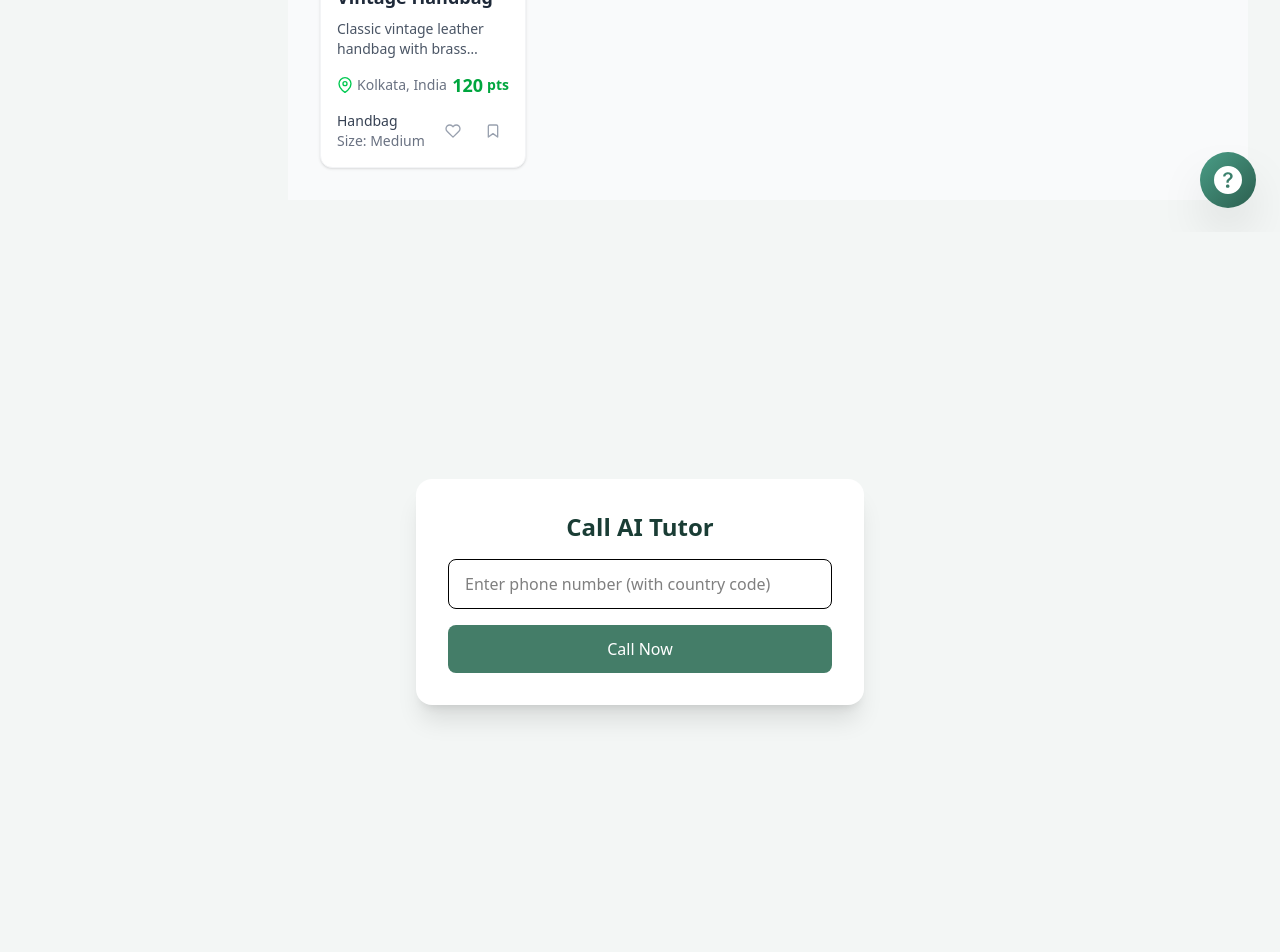
Repository: Swastikkkkk/vv
Page: /user (app in OneDrive/Desktop/Yuzichahal/frontend/)
These files come from the project's save history. The page is drawn as it stood at one moment and after the next save; the edit follows.
The browser window is 1280 px wide. The pictures show the part of the page from y = 1182 to 2134 px (the page is 2134 px tall).
The page's requests for data from a server got no answer. The project was rebuilt for these pictures with package versions that can differ from the ones it lists, and the page was loaded fresh each time. No one was signed in, and anything a server would have sent is missing. Also part of the build but not shown: OneDrive/Desktop/Yuzichahal/frontend/vite.config.js, OneDrive/Desktop/Yuzichahal/frontend/src/components/Navbar.jsx, OneDrive/Desktop/Yuzichahal/frontend/src/components/Herosection.jsx, OneDrive/Desktop/Yuzichahal/frontend/src/components/CategoriesSection.jsx, OneDrive/Desktop/Yuzichahal/frontend/src/components/Footer.jsx, OneDrive/Desktop/Yuzichahal/frontend/src/components/LandingPage.jsx, OneDrive/Desktop/Yuzichahal/frontend/src/components/Particles.css, OneDrive/Desktop/Yuzichahal/frontend/src/components/Signup.jsx and 18 more.

Above is the page before, as saved 2025-07-12 16:12:39.

### OneDrive/Desktop/Yuzichahal/frontend/index.html
<!doctype html>
<html lang="en">
  <head>
    <meta charset="UTF-8" />
    <link rel="icon" type="image/svg+xml" href="/vite.svg" />
    <meta name="viewport" content="width=device-width, initial-scale=1.0" />
    <link href="/src/App.css" rel="stylesheet">
    <link href="https://fonts.googleapis.com/css2?family=Inter:wght@400;500;600&display=swap" rel="stylesheet">

    <title>Vite + React</title>
  </head>
  <body>
    <div id="root"></div>
    <script type="module" src="/src/main.jsx"></script>
  </body>
</html>

### OneDrive/Desktop/Yuzichahal/frontend/src/App.jsx

// // src/App.js
// import React from 'react';
// import { BrowserRouter as Router, Routes, Route } from 'react-router-dom';
// import MyProducts from './components/user/MyProducts'; // ✅ NEW
// // Public Pages
// import LandingPage from './components/LandingPage';
// import Signup from './components/Signup';
// import Login from './components/Login';

// // User Dashboard Pages
// import UserDashboard from './components/user/UserDashboard';
// import AddListing from './components/user/AddListing';
// import PointsHistory from './components/user/PointsHistory';
// import ProfileDashboard from './components/user/ProfileDashboard'; // ✅ Import this
// // Admin Dashboard Page
// import AdminDashboard from './components/admin/AdminDashboard';

// // Shared Pages
// import ProductDetail from './components/ProductDetail';
// import NotFound from './components/NotFound';

// const App = () => {
//   return (
//     <Router>
//       <Routes>
//         {/* 🌐 Public Routes */}
//         <Route path="/" element={<LandingPage />} />
//         <Route path="/signup" element={<Signup />} />
//         <Route path="/login" element={<Login />} />

//         {/* 👤 User Routes */}
//         <Route path="/user" element={<UserDashboard />} />
//         <Route path="/user/add" element={<AddListing />} />
//         <Route path="/user/points" element={<PointsHistory />} />
// <Route path="/user/profile" element={<ProfileDashboard />} />
//         {/* 🛠 Admin Routes */}
//         <Route path="/user/my-products" element={<MyProducts userEmail="user@example.com" />} />
//         <Route path="/admin" element={<AdminDashboard />} />

//         {/* 🔁 Shared Routes */}
//         <Route path="/product/:productId" element={<ProductDetail />} />

//         {/* ❌ 404 Page */}
//         <Route path="*" element={<NotFound />} />
//       </Routes>
//     </Router>
//   );
// };

// export default App;
// src/App.js
import React from 'react';
import { BrowserRouter as Router, Routes, Route } from 'react-router-dom';
import { AuthProvider } from './AuthContext'; // ✅ Import context

// Public Pages
import LandingPage from './components/LandingPage';
import Signup from './components/Signup';
import Login from './components/Login';

// User Dashboard Pages
import UserDashboard from './components/user/UserDashboard';
import AddListing from './components/user/AddListing';
import PointsHistory from './components/user/PointsHistory';
import ProfileDashboard from './components/user/ProfileDashboard';
import MyProducts from './components/user/MyProducts';
import CategoryProducts from './components/CategoryProducts'; // 🆕
// Admin Dashboard Page
import AdminDashboard from './components/admin/AdminDashboard';

// Shared Pages
import ProductDetail from './components/ProductDetail';
import NotFound from './components/NotFound';

const App = () => {
  return (
    <AuthProvider>
      <Router>
        <Routes>
          {/* 🌐 Public Routes */}
          <Route path="/" element={<LandingPage />} />
          <Route path="/signup" element={<Signup />} />
          <Route path="/login" element={<Login />} />

          {/* 👤 User Routes */}
          <Route path="/user" element={<UserDashboard />} />
          <Route path="/user/add" element={<AddListing />} />
          <Route path="/user/points" element={<PointsHistory />} />
          <Route path="/user/profile" element={<ProfileDashboard />} />
          <Route path="/user/my-products" element={<MyProducts />} />

          {/* 🛠 Admin Routes */}
          <Route path="/admin-dashboard" element={<AdminDashboard />} />

          {/* 🔁 Shared Routes */}
          <Route path="/product/:productId" element={<ProductDetail />} />
<Route path="/category/:categoryName" element={<CategoryProducts />} />
          {/* ❌ 404 Page */}
          <Route path="*" element={<NotFound />} />
        </Routes>
      </Router>
    </AuthProvider>
  );
};

export default App;

### OneDrive/Desktop/Yuzichahal/frontend/src/AuthContext.jsx
// src/AuthContext.js
import React, { createContext, useEffect, useState } from 'react';
import { onAuthStateChanged } from 'firebase/auth';
import { auth } from './components/FirebaseConfig'; // Adjust path as needed

export const AuthContext = createContext();

export const AuthProvider = ({ children }) => {
  const [user, setUser] = useState(null);
  const [authLoading, setAuthLoading] = useState(true);

  useEffect(() => {
    const unsubscribe = onAuthStateChanged(auth, (firebaseUser) => {
      setUser(firebaseUser);
      setAuthLoading(false);
    });

    return () => unsubscribe(); // Clean up listener
  }, []);

  return (
    <AuthContext.Provider value={{ user, authLoading }}>
      {children}
    </AuthContext.Provider>
  );
};
export default AuthProvider;

### OneDrive/Desktop/Yuzichahal/frontend/src/components/user/HelpTooltip.jsx
// src/components/user/HelpTooltip.jsx
import React, { useState } from 'react';
import { Dialog } from '@headlessui/react';
import { FiX, FiCopy } from 'react-icons/fi';
import { BsQuestionCircleFill } from 'react-icons/bs';
import { useAuthState } from 'react-firebase-hooks/auth';
import { auth } from '../FirebaseConfig';

const HelpTooltip = () => {
  const [isOpen, setIsOpen] = useState(false);
  const [copied, setCopied] = useState(false);
  const [user] = useAuthState(auth);

  const referralLink = user
    ? `https://rewear.com/signup?ref=${user.uid}`
    : 'https://rewear.com/signup';

  const handleCopy = () => {
    navigator.clipboard.writeText(referralLink);
    setCopied(true);
    setTimeout(() => setCopied(false), 2000);
  };

  return (
    <>
      {/* Floating Help Button */}
      <button
        onClick={() => setIsOpen(true)}
        className="fixed bottom-6 right-6 w-14 h-14 rounded-full bg-gradient-to-br from-[#4a9e87] to-[#2c5f4f] text-white shadow-2xl flex items-center justify-center hover:scale-105 transition-transform duration-300 z-50"
        title="How points work"
      >
        <BsQuestionCircleFill className="w-7 h-7" />
      </button>

      {/* Modal Dialog */}
      <Dialog open={isOpen} onClose={() => setIsOpen(false)} className="relative z-50">
        <div className="fixed inset-0 bg-black/40 backdrop-blur-sm" aria-hidden="true" />
        <div className="fixed inset-0 flex items-center justify-center p-4">
          <Dialog.Panel className="w-full max-w-lg rounded-3xl bg-white/80 backdrop-blur-xl border border-[#c5e3da] p-8 shadow-2xl animate-fade-in relative">

            {/* Close Button */}
            <button
              onClick={() => setIsOpen(false)}
              className="absolute top-4 right-4 text-gray-500 hover:text-gray-700 transition"
            >
              <FiX className="w-5 h-5" />
            </button>

            {/* Title */}
            <Dialog.Title className="text-2xl font-semibold text-[#1c4034] mb-5 flex items-center gap-2">
              🌿 How ReWear Points Work
            </Dialog.Title>

            {/* Content */}
            <div className="space-y-4 text-sm text-gray-800 leading-relaxed">
              <p>🧵 <strong>Upload a Product:</strong> Earn <span className="text-[#2f6453] font-semibold">+5</span> points</p>
              <p>🔁 <strong>Complete an Exchange:</strong> Earn <span className="text-[#2f6453] font-semibold">+15</span> points</p>
              <p>🎁 <strong>Refer & Earn:</strong> Get <span className="text-[#2f6453] font-semibold">+20</span> points per successful referral</p>
              <p>💱 <strong>Use Points:</strong> Unlock premium listings or enjoy faster exchanges</p>
              <p>📈 <strong>Points = Trust:</strong> Gain badges, quicker approvals & more visibility</p>
            </div>

            {/* Referral Link */}
            <div className="mt-6">
              <label className="block text-sm font-medium text-[#1c4034] mb-2">
                Your Referral Link
              </label>
              <div className="flex items-center bg-[#eef7f3] border border-[#b6d8cb] rounded-lg px-3 py-2">
                <span className="flex-1 text-xs break-all text-[#2f5e4d]">{referralLink}</span>
                <button
                  onClick={handleCopy}
                  className="ml-3 text-sm text-[#447d68] hover:text-[#2d5b4b] flex items-center transition"
                >
                  <FiCopy className="w-4 h-4 mr-1" />
                  {copied ? "Copied!" : "Copy"}
                </button>
              </div>
            </div>

            {/* Got It CTA */}
            <div className="mt-6 text-right">
              <button
                onClick={() => setIsOpen(false)}
                className="px-5 py-2.5 bg-[#3c7e6b] text-white rounded-xl hover:bg-[#2c5f4f] transition shadow-md"
              >
                Got it!
              </button>
            </div>
          </Dialog.Panel>
        </div>
      </Dialog>
    </>
  );
};

export default HelpTooltip;

### OneDrive/Desktop/Yuzichahal/frontend/src/components/user/NotificationBell.jsx
import React, { useEffect, useState } from 'react';
import { FiBell } from 'react-icons/fi';
import { collection, query, where, onSnapshot, orderBy } from 'firebase/firestore';
import { db } from '../FirebaseConfig';
import { getAuth } from 'firebase/auth';

const NotificationBell = () => {
  const [messages, setMessages] = useState([]);
  const [open, setOpen] = useState(false);
  const auth = getAuth();
  const currentUser = auth.currentUser;

  useEffect(() => {
    if (!currentUser) return;

    const q = query(
      collection(db, 'messages'),
      where('to', '==', currentUser.email),
      orderBy('timestamp', 'desc')
    );

    const unsubscribe = onSnapshot(q, (snapshot) => {
      const newMessages = snapshot.docs.map((doc) => ({
        id: doc.id,
        ...doc.data(),
      }));
      setMessages(newMessages);
    });

    return () => unsubscribe();
  }, [currentUser]);

  const unreadCount = messages.filter((msg) => !msg.read).length;

  return (
    <div className="relative inline-block">
      <button onClick={() => setOpen(!open)} className="relative text-[#1a3d35] hover:text-[#0f2e25]">
        <FiBell className="w-6 h-6" />
        {unreadCount > 0 && (
          <span className="absolute -top-1 -right-2 bg-red-500 text-white text-xs px-1.5 rounded-full animate-pulse">
            {unreadCount}
          </span>
        )}
      </button>

      {open && (
        <div className="absolute right-0 mt-2 w-72 bg-white shadow-xl rounded-xl border z-50">
          <div className="p-3 text-sm font-semibold border-b bg-[#f8faf9]">Notifications</div>
          <div className="max-h-60 overflow-y-auto">
            {messages.length === 0 ? (
              <p className="text-center text-gray-400 py-3">No messages yet.</p>
            ) : (
              messages.slice(0, 5).map((msg) => (
                <div key={msg.id} className="p-3 border-b hover:bg-gray-50">
                  <p className="text-sm">
                    📩 <strong>{msg.from}</strong> messaged about <em>{msg.productTitle}</em>
                  </p>
                  <p className="text-xs text-gray-500 mt-1 truncate">{msg.message}</p>
                </div>
              ))
            )}
          </div>
        </div>
      )}
    </div>
  );
};

export default NotificationBell;

### OneDrive/Desktop/Yuzichahal/frontend/src/components/user/CallTutor.jsx
import React, { useState } from 'react';
import axios from 'axios';

const CallTutor = () => {
  const [phoneNumber, setPhoneNumber] = useState('');
  const [status, setStatus] = useState('');
  const [loading, setLoading] = useState(false);

  const handleCall = async () => {
    if (!phoneNumber) {
      alert('⚠️ Please enter a phone number.');
      return;
    }

    setLoading(true);
    setStatus('Calling...');

    try {
      const res = await axios.post('http://localhost:5800/api/call', {
        to: phoneNumber,
      });

      if (res.data.success) {
        setStatus(`✅ Call initiated! Call SID: ${res.data.callSid}`);
      } else {
        setStatus('❌ Call failed. Please try again.');
      }
    } catch (err) {
      console.error(err);
      setStatus(`❌ Error: ${err.response?.data?.error || err.message}`);
    } finally {
      setLoading(false);
    }
  };

  return (
    <div className="min-h-screen flex items-center justify-center bg-[#f3f6f5] p-6">
      <div className="bg-white shadow-xl rounded-2xl p-8 max-w-md w-full text-center">
        <h2 className="text-2xl font-bold text-[#1a3d35] mb-4">Call AI Tutor</h2>
        <input
          type="tel"
          placeholder="Enter phone number (with country code)"
          value={phoneNumber}
          onChange={(e) => setPhoneNumber(e.target.value)}
          className="w-full px-4 py-3 border rounded-lg mb-4"
        />
        <button
          onClick={handleCall}
          disabled={loading}
          className="w-full bg-[#447d68] text-white py-3 rounded-lg hover:bg-[#366755] transition disabled:bg-gray-400 disabled:cursor-not-allowed"
        >
          {loading ? 'Calling...' : 'Call Now'}
        </button>
        {status && <p className="mt-4 text-sm text-gray-600">{status}</p>}
      </div>
    </div>
  );
};

export default CallTutor;

Loaded but not shown: OneDrive/Desktop/Yuzichahal/frontend/src/App.css (common file); OneDrive/Desktop/Yuzichahal/frontend/src/main.jsx (common file); OneDrive/Desktop/Yuzichahal/frontend/src/components/FirebaseConfig.js (26 lines, source omitted); OneDrive/Desktop/Yuzichahal/frontend/src/components/user/ProductFeed.jsx (3588 lines, source omitted); OneDrive/Desktop/Yuzichahal/frontend/src/components/user/Sidebar.jsx (530 lines, source omitted); OneDrive/Desktop/Yuzichahal/frontend/src/components/user/UserDashboard.jsx (266 lines, source omitted); OneDrive/Desktop/Yuzichahal/frontend/src/components/ImpactSection.jsx (220 lines, source omitted)

After the next save:
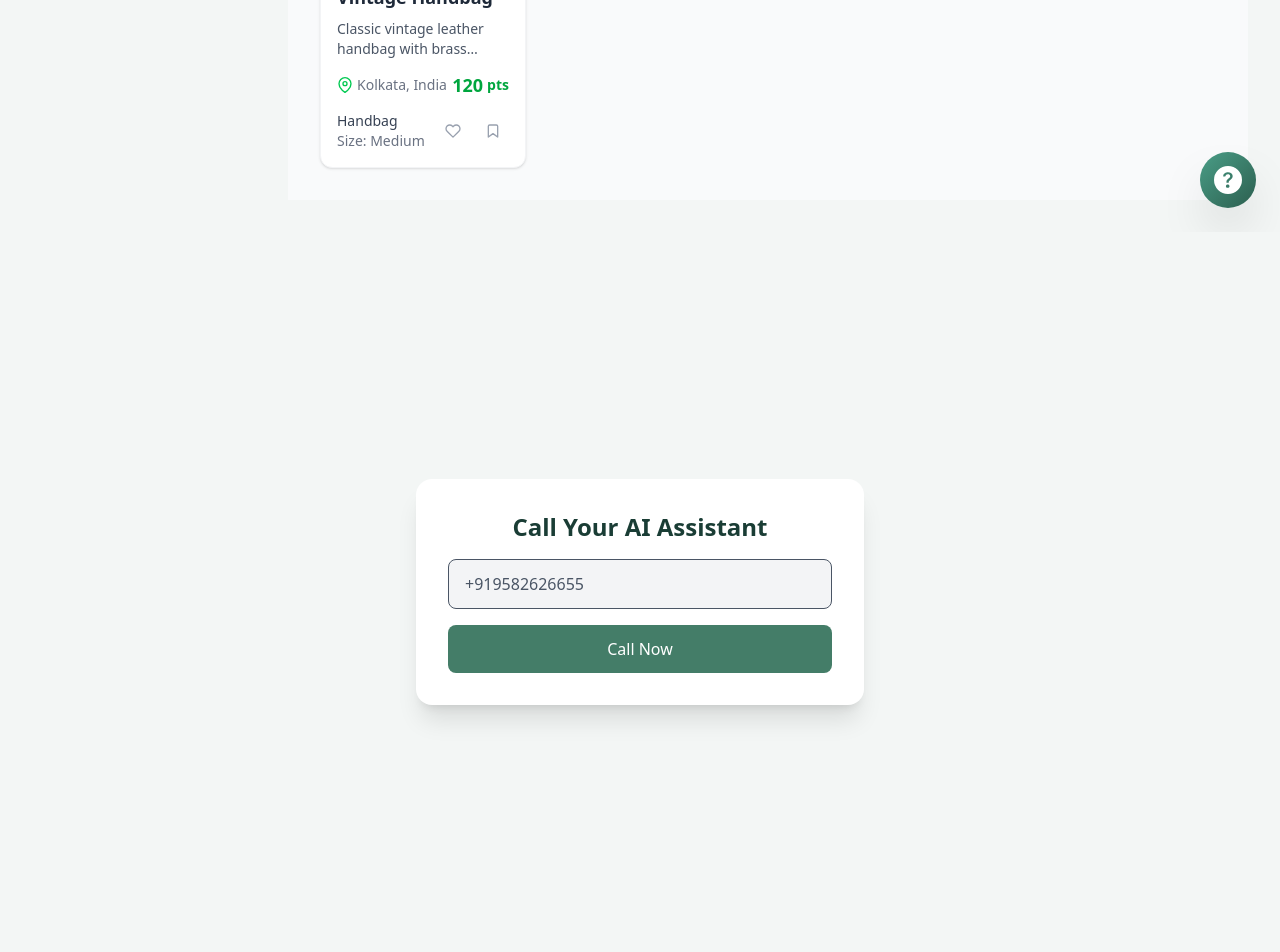
Saved 1 s later.
--- a/OneDrive/Desktop/Yuzichahal/frontend/src/components/user/CallTutor.jsx
+++ b/OneDrive/Desktop/Yuzichahal/frontend/src/components/user/CallTutor.jsx
@@ -1,27 +1,22 @@
 import React, { useState } from 'react';
 import axios from 'axios';
 
-const CallTutor = () => {
-  const [phoneNumber, setPhoneNumber] = useState('');
+const CallAssistant = () => {
+  const yourPhoneNumber = '+919582626655';
   const [status, setStatus] = useState('');
   const [loading, setLoading] = useState(false);
 
   const handleCall = async () => {
-    if (!phoneNumber) {
-      alert('⚠️ Please enter a phone number.');
-      return;
-    }
-
     setLoading(true);
     setStatus('Calling...');
 
     try {
       const res = await axios.post('http://localhost:5800/api/call', {
-        to: phoneNumber,
+        to: yourPhoneNumber,
       });
 
       if (res.data.success) {
-        setStatus(`✅ Call initiated! Call SID: ${res.data.callSid}`);
+        setStatus(`✅ Assistant calling! SID: ${res.data.callSid}`);
       } else {
         setStatus('❌ Call failed. Please try again.');
       }
@@ -36,13 +31,12 @@ const CallTutor = () => {
   return (
     <div className="min-h-screen flex items-center justify-center bg-[#f3f6f5] p-6">
       <div className="bg-white shadow-xl rounded-2xl p-8 max-w-md w-full text-center">
-        <h2 className="text-2xl font-bold text-[#1a3d35] mb-4">Call AI Tutor</h2>
+        <h2 className="text-2xl font-bold text-[#1a3d35] mb-4">Call Your AI Assistant</h2>
         <input
           type="tel"
-          placeholder="Enter phone number (with country code)"
-          value={phoneNumber}
-          onChange={(e) => setPhoneNumber(e.target.value)}
-          className="w-full px-4 py-3 border rounded-lg mb-4"
+          value={yourPhoneNumber}
+          readOnly
+          className="w-full px-4 py-3 border rounded-lg mb-4 bg-gray-100 text-gray-600"
         />
         <button
           onClick={handleCall}
@@ -57,4 +51,4 @@ const CallTutor = () => {
   );
 };
 
-export default CallTutor;
+export default CallAssistant;
